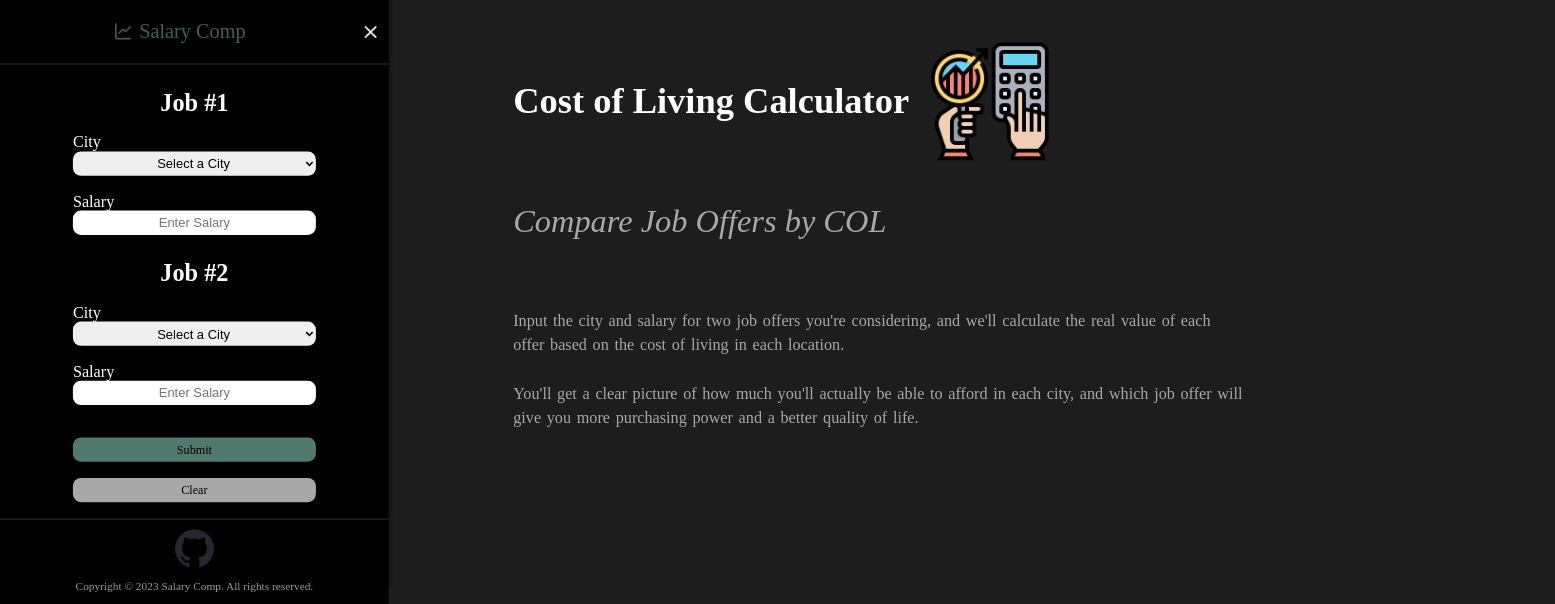
Repository: robbymcd/Salary-Comp
Page: /
The author's editor kept a copy of each file at every save. The page is drawn from the files as they stood at one save, then again after the next save.
The browser window is 1920 px wide. The pictures show the whole page, at 81% of full size.
Some web fonts or font styles are not loaded; a fallback is used. The project was rebuilt for these pictures with package versions that can differ from the ones it lists, and the page was loaded fresh each time. Also part of the build but not shown: src/Main.css, src/Main.js.

Above is the page before, as saved 2023-06-16 11:21:03.

### public/index.html
<!DOCTYPE html>
<html lang="en">
  <head>
    <meta charset="utf-8" />
    <link rel="icon" href="%PUBLIC_URL%/favicon.ico" />
    <meta name="viewport" content="width=device-width, initial-scale=1" />
    <meta name="theme-color" content="#000000" />
    <meta
      name="description"
      content="Compare Job Offers by COL"
    />
    <link rel="apple-touch-icon" href="%PUBLIC_URL%/logo192.png" />
    <!--
      manifest.json provides metadata used when your web app is installed on a
      user's mobile device or desktop. See https://developers.google.com/web/fundamentals/web-app-manifest/
    -->
    <link rel="manifest" href="%PUBLIC_URL%/manifest.json" />
    <!--
      Notice the use of %PUBLIC_URL% in the tags above.
      It will be replaced with the URL of the `public` folder during the build.
      Only files inside the `public` folder can be referenced from the HTML.

      Unlike "/favicon.ico" or "favicon.ico", "%PUBLIC_URL%/favicon.ico" will
      work correctly both with client-side routing and a non-root public URL.
      Learn how to configure a non-root public URL by running `npm run build`.
    -->
    <title>Salary Comp</title>
  </head>
  <body>
    <noscript>You need to enable JavaScript to run this app.</noscript>
    <div id="root"></div>
    <!--
      This HTML file is a template.
      If you open it directly in the browser, you will see an empty page.

      You can add webfonts, meta tags, or analytics to this file.
      The build step will place the bundled scripts into the <body> tag.

      To begin the development, run `npm start` or `yarn start`.
      To create a production bundle, use `npm run build` or `yarn build`.
    -->
  </body>
</html>

### src/index.css
body {
  margin: 0;
  font-family: -apple-system, BlinkMacSystemFont, 'Segoe UI', 'Roboto', 'Oxygen',
    'Ubuntu', 'Cantarell', 'Fira Sans', 'Droid Sans', 'Helvetica Neue',
    sans-serif;
  -webkit-font-smoothing: antialiased;
  -moz-osx-font-smoothing: grayscale;
  height: 100%;
  width: 100%;
}

html {
  height: 100%;
  width: 100%;
  background-color: #1D1D1D;
}

code {
  font-family: source-code-pro, Menlo, Monaco, Consolas, 'Courier New',
    monospace;
}

### src/App.js
import React, { useState } from 'react';
import './App.css';
import Sidebar from './Sidebar.js';
import Content from './Content.js';

function App() {
  const [isSubmitted, setIsSubmitted] = useState(false);
  const [cityCOL1, setCityCOL1] = useState('');
  const [cityCOL2, setCityCOL2] = useState('');
  const [cityName1, setCityName1] = useState('');
  const [cityName2, setCityName2] = useState('');
  const [salary1, setSalary1] = useState('');
  const [salary2, setSalary2] = useState('');

  const handleFormSubmit = (formData) => {
    setIsSubmitted(true);
    setCityCOL1(formData.cityCOL1);
    setCityCOL2(formData.cityCOL2);
    setCityName1(formData.cityName1);
    setCityName2(formData.cityName2);
    setSalary1(formData.salary1);
    setSalary2(formData.salary2);
  };

  return (
    <div className="main">
        <Sidebar onFormSubmit={handleFormSubmit}/>
        <Content isSubmitted={isSubmitted} cityCOL1={cityCOL1} cityCOL2={cityCOL2} cityName1={cityName1} cityName2={cityName2} salary1={salary1} salary2={salary2} />
    </div>
  );
}

export default App;

### src/App.css
.main {
    display: flex;
    flex-direction: row;
    height: 200%;
    width: 100%;
    background-color: #1D1D1D;
}

### src/Sidebar.js
import React, { useState, useRef } from 'react';
import plus from './plus.png';
import './Sidebar.css';
import chart from './chart.png';
import github from './github.png';
import x from './x.png';
import './OpenSidebar.css';
import './Select.css';

export default function Sidebar( { onFormSubmit } ) {
    const [isOpen, setIsOpen] = useState(true);
    const [isClosed, setIsClosed] = useState(false);

    const [city1, setCity1] = useState('0');
    const [city2, setCity2] = useState('0');

    const [salary1, setSalary1] = useState('');
    const [salary2, setSalary2] = useState('');


    const [error, setError] = useState(false);

    const selectRef1 = useRef(null);
    const selectRef2 = useRef(null);

    const formatSalary = (salary) => {
        salary = salary.replace(/[^0-9]/g, '');

        // Convert the salary to a number and format it with commas
        const formattedSalary = Number(salary).toLocaleString();

        // Add the '$' symbol
        return '$' + formattedSalary;
    }

    const openSidebar = () => {
        setIsOpen(true);
        setIsClosed(false);
    }

    const closeSidebar = () => {
        setIsOpen(false);
        setIsClosed(true);
    }

    const city1ChangeHandler = (event) => {
        setCity1(event.target.value)
    }

    const city2ChangeHandler = (event) => {
        setCity2(event.target.value);
    }


    const salary1ChangeHandler = (event) => {
        const inputValue = event.target.value;
        const formattedValue = formatSalary(inputValue);
        const regex = /\d/;

        if (regex.test(formattedValue[formattedValue.length - 1])) {
          setSalary1(formattedValue);
        } else {
            setSalary1(formattedValue.slice(0, formattedValue.length - 1));
        }
      }


    const salary2ChangeHandler = (event) => {
        const inputValue = event.target.value;
        const formattedValue = formatSalary(inputValue);
        const regex = /\d/;
        if (regex.test(formattedValue[formattedValue.length - 1])) {
            setSalary2(formattedValue);
        } else {
            setSalary2(formattedValue.slice(0, formattedValue.length - 1));
        }
    }

    const refresh = () => {
        window.location.reload(false);
    }

    const submitHandler = (event) => {
        event.preventDefault();
        if (city1 === '0' | city2 === '0' | salary1 === '' | salary2 === '') {
            setError(true);
            return;
        }
        setError(false);
        const formData = {
            cityCOL1: city1,
            cityCOL2: city2,
            cityName1: selectRef1.current.options[selectRef1.current.selectedIndex].text,
            cityName2: selectRef2.current.options[selectRef2.current.selectedIndex].text,
            salary1: salary1,
            salary2: salary2
        };
        onFormSubmit(formData);
    }

    const clearHandler = (event) => {
        event.preventDefault();
        setError(false);
        setCity1('0');
        setCity2('0');
        setSalary1('');
        setSalary2('');
    }

    return (
        <div className="sidebar">
            {isClosed && (
                <div className='closed-sidebar'>
                <img
                    className="plusIcon"
                    src={plus}
                    alt="plus"
                    onClick={openSidebar}
                />
            </div>
            )}
            {isOpen && (
                <div className='open-sidebar'>
                <div className='sidebar-header'>
                    <div className='logo' onClick={refresh}>
                        <img className='chart' src={chart} alt='Chart'></img>
                        <p>Salary Comp</p>
                    </div>
                    <img className='x' src={x} alt='x' onClick={closeSidebar}></img>
                </div>
                <form className='form' onSubmit={onFormSubmit}>
                    <h1>Job #1</h1>
                    <div className='city'>
                        <label>City</label>
                        <div className="select-main">
                            <select ref={selectRef1} value={city1} className='select-input' onChange={city1ChangeHandler}>
                                <option value='0'>Select a City</option>
                                <option value='89.1'>Abilene, TX</option>
                                <option value='90.5'>Adrian, MI</option>
                                <option value='89.4'>Akron, OH</option>
                                <option value='85.8'>Alamogordo, NM</option>
                                <option value='87.3'>Albany, GA</option>
                                <option value='105.4'>Albany, OR</option>
                                <option value='100.1'>Albany, NY</option>
                                <option value='90.9'>Albertville, AL</option>
                                <option value='92.9'>Albuquerque, NM</option>
                                <option value='86.2'>Alexandria, LA</option>
                                <option value='98.9'>Allentown, PA</option>
                                <option value='90.8'>Altoona, PA</option>
                                <option value='88.2'>Amarillo, TX</option>
                                <option value='91.5'>Ames, IA</option>
                                <option value='110.7'>Anchorage, AK</option>
                                <option value='99.3'>Ann Arbor, MI</option>
                                <option value='85.7'>Anniston, AL</option>
                                <option value='90.7'>Appleton, WI</option>
                                <option value='103.3'>Asheville, NC</option>
                                <option value='87.4'>Ashtabula, OH</option>
                                <option value='88.5'>Athens, OH</option>
                                <option value='92.9'>Athens, TX</option>
                                <option value='95'>Athens, GA</option>
                                <option value='100.3'>Atlanta, GA</option>
                                <option value='102'>Atlantic City, NJ</option>
                                <option value='93.7'>Auburn, NY</option>
                                <option value='91.9'>Auburn, AL</option>
                                <option value='91.6'>Augusta, GA</option>
                                <option value='100'>Augusta, ME</option>
                                <option value='106.6'>Austin, TX</option>
                                <option value='102.9'>Bakersfield, CA</option>
                                <option value='107'>Baltimore, MD</option>
                            </select>
                        </div>
                    </div>
                    <div className='salary'>
                        <label>Salary</label>
                        <input className='salary-input' type='text' placeholder='Enter Salary' onChange={salary1ChangeHandler} value={salary1}></input>
                    </div>
                    <h1>Job #2</h1>
                    <div className='city'>
                        <label>City</label>
                        <div className="select-main">
                            <select ref={selectRef2} value={city2} className='select-input' onChange={city2ChangeHandler}>
                                <option value='0'>Select a City</option>
                                <option value='89.1'>Abilene, TX</option>
                                <option value='90.5'>Adrian, MI</option>
                                <option value='89.4'>Akron, OH</option>
                                <option value='85.8'>Alamogordo, NM</option>
                                <option value='87.3'>Albany, GA</option>
                                <option value='105.4'>Albany, OR</option>
                                <option value='100.1'>Albany, NY</option>
                                <option value='90.9'>Albertville, AL</option>
                                <option value='92.9'>Albuquerque, NM</option>
                                <option value='86.2'>Alexandria, LA</option>
                                <option value='98.9'>Allentown, PA</option>
                                <option value='90.8'>Altoona, PA</option>
                                <option value='88.2'>Amarillo, TX</option>
                                <option value='91.5'>Ames, IA</option>
                                <option value='110.7'>Anchorage, AK</option>
                                <option value='99.3'>Ann Arbor, MI</option>
                                <option value='85.7'>Anniston, AL</option>
                                <option value='90.7'>Appleton, WI</option>
                                <option value='103.3'>Asheville, NC</option>
                                <option value='87.4'>Ashtabula, OH</option>
                                <option value='88.5'>Athens, OH</option>
                                <option value='92.9'>Athens, TX</option>
                                <option value='95'>Athens, GA</option>
                                <option value='100.3'>Atlanta, GA</option>
                                <option value='102'>Atlantic City, NJ</option>
                                <option value='93.7'>Auburn, NY</option>
                                <option value='91.9'>Auburn, AL</option>
                                <option value='91.6'>Augusta, GA</option>
                                <option value='100'>Augusta, ME</option>
                                <option value='106.6'>Austin, TX</option>
                                <option value='102.9'>Bakersfield, CA</option>
                                <option value='107'>Baltimore, MD</option>
                            </select>
                        </div>
                    </div>
                    <div className='salary'>
                        <label>Salary</label>
                        <input className='salary-input' type='text' placeholder='Enter Salary' onChange={salary2ChangeHandler} value={salary2}></input>
                        {error && <p className='error'>Please fill out all fields</p>}
                    </div>
                    <div className='button-container'>
                        <div className='submit-container'>
                            <button className='submit' onClick={submitHandler} type='submit'>Submit</button>
                        </div>
                        <div className='clear-container'>
                            <button className='clear' onClick={clearHandler}>Clear</button>
                        </div>
                    </div>
                </form>
                <div className='footer'>
                    <img className='github' src={github} alt='github'></img>
                    <p className='copyright'>Copyright © 2023 Salary Comp. All rights reserved.</p>
                </div>
            </div>
            )}
        </div>
    );
}

### src/Content.js
import React from 'react';
import './Content.css';
import Instruction from './Instruction.js';
import Main from './Main.js';

export default function Content({ isSubmitted ,cityCOL1 ,cityCOL2, cityName1, cityName2 , salary1, salary2 }) {

    return (
        <div className='Content-container'>
            {isSubmitted ? <Main cityCOL1={cityCOL1} cityCOL2={cityCOL2} cityName1={cityName1} cityName2={cityName2} salary1={salary1} salary2={salary2}/> : <Instruction />}
        </div>
    );
}

### src/Sidebar.css
@import url('https://fonts.googleapis.com/css?family=Roboto-Mono');
@import url('https://fonts.googleapis.com/css?family=Mukta-Vaani');
.sidebar {
    display: flex;
    height: 100vh;
    width: fit-content;
}

.closed-sidebar {
    display: flex;
    height: 100vh;
    width: fit-content;
    margin-right: 22vw;
}

.plusIcon {
    height: 30px;
    width: 30px;
    margin-left: 20px;
    align-self: center;
    cursor: pointer;
}

.plusIcon:hover {
    opacity: 0.5;
}

.error {
    display: flex;
    font-size: 15px;
    margin-bottom: -15px;
    color: #BA1F33;
}

.button-container {
    display: flex;
    flex-direction: column;
    gap: 10px;
    margin-top: 20px;
}

.submit-container {
    display: flex;
}

.submit {
    height: 30px;
    width: clamp(100px, 20vw, 300px);
    border-radius: 10px;
    border: none;
    outline: none;
    cursor: pointer;
    background-color: #52796F;
    font-family: Mukta Vaani;
    font-size: 15px;
    color: #000;
    box-shadow: 0px 4px 4px rgba(0, 0, 0, 0.25);
}

.submit:hover {
    opacity: 0.8;
}

.clear-container {
    display: flex;
}

.clear {
    height: 30px;
    width: clamp(100px, 20vw, 300px);
    border-radius: 10px;
    border: none;
    outline: none;
    cursor: pointer;
    background-color: #a8a8a8;
    font-family: Mukta Vaani;
    font-size: 15px;
    color: #000;
    box-shadow: 0px 4px 4px rgba(0, 0, 0, 0.25);
}

.clear:hover {
    opacity: 0.8;
}

@media screen and (min-width: 1650px) {
    .button-container {
        gap: 20px;
    }
}

### src/OpenSidebar.css
@import url('https://fonts.googleapis.com/css?family=Roboto-Mono');
@import url('https://fonts.googleapis.com/css?family=Mukta-Vaani');

.open-sidebar {
    display: flex;
    flex-direction: column;
    height: 100vh;
    width: 25vw;
    background-color: #000;
    box-shadow: 0px 0px 4px 4px rgba(0, 0, 0, 0.25);
    margin-right: 8vw;
    transition: transform 0.3s ease-in-out;
}

.sidebar-header {
    display: flex;
    width: 25vw;
    border-bottom: 2px solid #1d1d1d;
    justify-content: space-between;
    align-items: center;
}

.sidebar-wrapper {
    display: inline-block;
}

.centering {
    display: flex;
    flex-direction: row;
    width: 100%;
    align-self: center;
    align-items: center;
    justify-content: center;
}

.logo {
    display: flex;
    flex-direction: row;
    width: 100%;
    align-items: center;
    justify-content: center;
    gap: 10px;
    cursor: pointer;
}

.logo:hover {
    opacity: .8;
}

.logo p {
    font-family: Roboto Mono;
    color: #52796F;
    font-size: 25px;
}

.chart {
    height: 20px;
    width: 20px;
}

.city {
    display: flex;
    flex-direction: column;
    font-family: Mukta Vaani;
    font-style: normal;
    font-weight: 300;
    font-size: 20px;
    color: #fff;
}

.salary{
    display: flex;
    flex-direction: column;
    font-family: Mukta Vaani;
    font-style: normal;
    font-weight: 300;
    font-size: 20px;
    color: #fff;
}

.salary label {
    display: flex;
    justify-self: center;
}

.form {
    display: flex;
    flex-direction: column;
    font-family: Mukta Vaani;
    height: 100%;
    align-items: center;
    gap: 20px;
    border-bottom: 2px solid #1d1d1d;
    justify-content: center;
    padding: 20px;
}

.form h1 {
    color: #fff;
    font-family: Roboto Mono;
    font-size: 30px;
    font-weight: 700;
    font-style: normal;
    text-align: center;
    margin-top: 10px;
    margin-bottom: 0px;
}

select {
    cursor: pointer;
}

input {
    text-decoration: none;
    height: 30px;
    width: clamp(100px, 20vw, 300px);
    border-radius: 10px;
    outline: none;
    border: none;
    padding: 0;
    text-align: center;
    font-size: 16px;
    cursor: pointer;
}

.salarycomp {
    height: 80px;
    width: 360px;
}

.x {
    height: 25px;
    width: 25px;
    cursor: pointer;
    margin-right: 10px;
}

.x:hover {
    opacity: 0.5;
    transition: ease-in-out 0.2s;
}

.footer {
    display: flex;
    flex-direction: column;
    align-items: center;
    justify-content: center;
    width: 100%;
    background-color: #000;
}

.footer p {
    color: #fff;
    opacity: .6;
    font-family: 'Mukta Vaani';
    font-style: normal;
    font-weight: 300;
    font-size: 14px;
}

.hiw {
    text-decoration: underline;
    cursor: pointer;
}

.hiw:hover {
    opacity: 0.5;
}

.github {
    height: 50px;
    width: 50px;
    margin-top: 10px;
    cursor: pointer;
}

.github:hover {
    opacity: 0.8;
}

@media screen and (max-width: 1000px) {
    .footer p {
        font-size: 10px;
    }
}

@media screen and (min-width: 1650px) {

}

### src/Select.css
.select-main {
    text-decoration: none;
    height: 30px;
    width: clamp(100px, 20vw, 300px);
    border-radius: 10px;
    outline: none;
    text-align: center;
    font-size: 16px;
}

.select-main select {
    text-align: center;
    text-decoration: none;
    outline: none;
    border: none;
    height: 30px;
    width: clamp(100px, 20vw, 300px);
    border-radius: 10px;
    font-size: 16px;
    padding-left: 10px;
}

### src/Content.css
@import url('https://fonts.googleapis.com/css?family=Kadwa');
@import url('https://fonts.googleapis.com/css?family=Hind-Madurai');

.Content-container {
    display: flex;
    width: 100%;
}

.header {
    display: flex;
    flex-direction: row;
    align-items: center;
    margin-top: 50px;
    gap: 25px;
}

.content h1 {
    font-family: Kadwa;
    font-weight: bold;
    font-size: 45px;
    height: 100%;
    margin: 0;
}

.content h2 {
    font-family: Hind Madurai;
    font-size: 40px;
    color: #a8a8a8;
    margin-top: 50px;
    width: 75%;
    font-weight: 500;
    font-style: italic;
}

.content p {
    display: flex;
    width: 50vw;
    font-family: Hind Madurai;
    font-size: 20px;
    color: #a8a8a8;
    word-spacing: 2px;
    line-height: 1.5;
    margin-top: 50px;
    width: 70%;
}

.content {
    display: flex;
    flex-direction: column;
    color: #fff;
    height: fit-content;
    width: 100%;
    justify-items: center;
}

.calculator {
    display: flex;
    height: 150px;
    width: 150px;
}

### src/Instruction.js
import calculator from './calculator.png';

export default function Instruction() {
    return (
        <div className="content">
            <div className="header">
                <h1>Cost of Living Calculator</h1>
                <img className="calculator" src={calculator} alt='calculator'></img>
            </div>
            <h2>Compare Job Offers by COL</h2>
            <p>Input the city and salary for two job offers you're considering, and we'll calculate the real value of each offer based on the cost of living in each location.<br/><br/>You'll get a clear picture of how much you'll actually be able to afford in each city, and which job offer will give you more purchasing power and a better quality of life.
            </p>
        </div>
    );
}

Loaded but not shown: src/index.js (common file); src/reportWebVitals.js (common file)

After the next save:
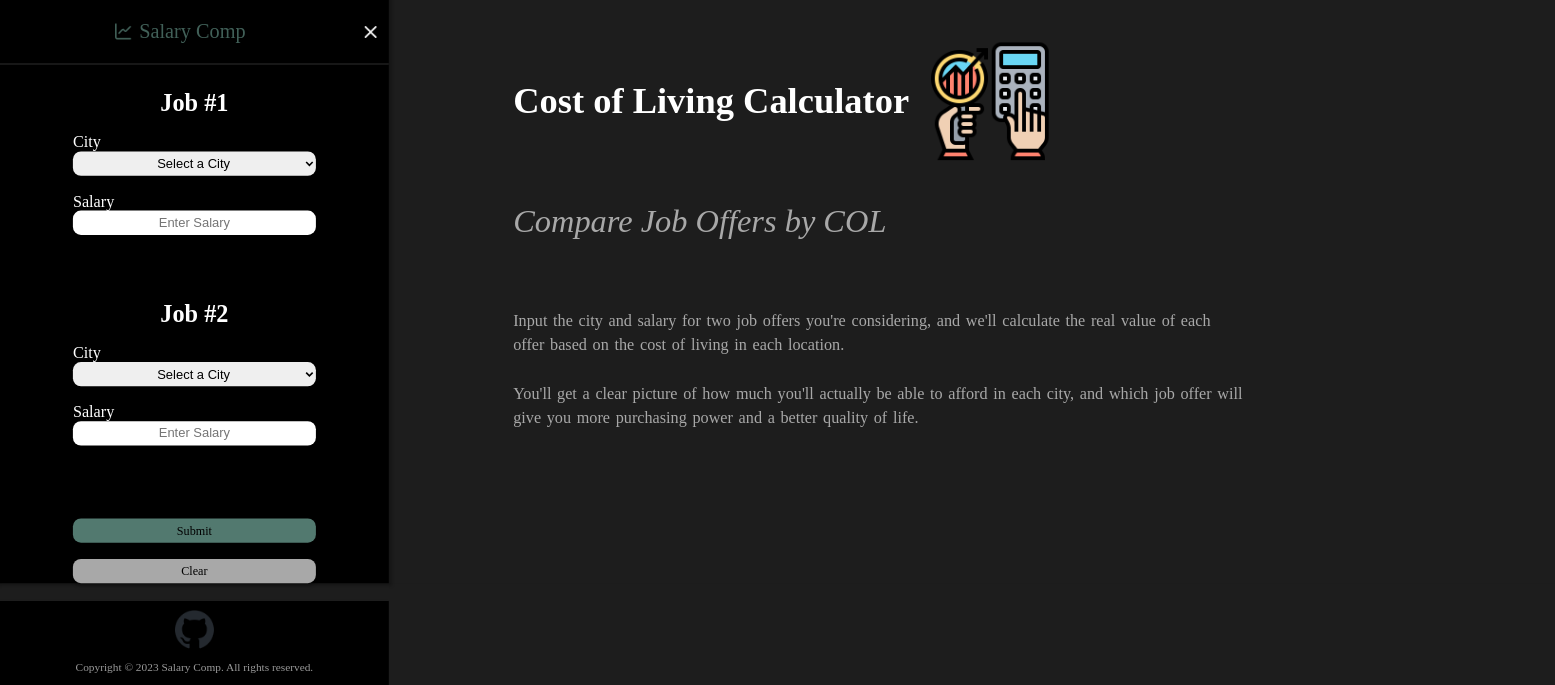
Saved 2 min 18 s later.
--- a/src/OpenSidebar.css
+++ b/src/OpenSidebar.css
@@ -185,5 +185,11 @@ input {
 }
 
 @media screen and (min-width: 1650px) {
+    .form h1 {
 
+    }
+
+    input {
+        margin-bottom: 50px;
+    }
 }
